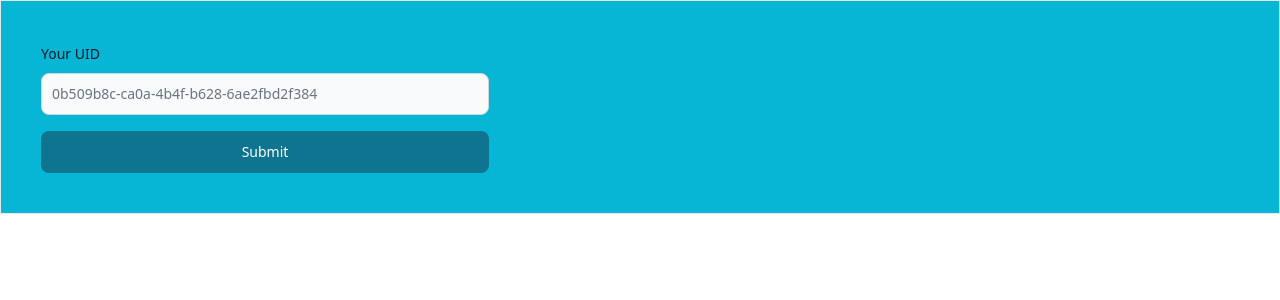
Repository: PrzemyslawJura/Frontend
Page: /
These files come from the project's save history. The page is drawn as it stood at one moment and after the next save; the edit follows.
The browser window is 1280 px wide. The pictures show the whole page.
The project was rebuilt for these pictures with package versions that can differ from the ones it lists, and the page was loaded fresh each time. Also part of the build but not shown: vite.config.ts.

Above is the page before, as saved 2024-07-24 11:41:51.

### index.html
<!doctype html>
<html lang="en">
  <head>
    <meta charset="UTF-8" />
    <link rel="icon" type="image/svg+xml" href="/vite.svg" />
    <meta name="viewport" content="width=device-width, initial-scale=1.0" />
    <title>Warehouse</title>
  </head>
  <body>
    <div id="root"></div>
    <script type="module" src="/src/main.tsx"></script>
  </body>
</html>

### src/main.tsx
import React from 'react'
import ReactDOM from 'react-dom/client'
import './output.css'
import Login from './pages/Login/Login'

ReactDOM.createRoot(document.getElementById('root')!).render(
  <React.StrictMode>
    <Login />
  </React.StrictMode>,
)

### src/pages/Login/Login.tsx
import { LoginForm } from '../../components/form/LoginForm'

function Login() {

  return (
    <>
        <div className="h-14 bg-gradient-to-r from-cyan-500 to-blue-300">
            <div className="p-10 bg-cyan-500 border">
                <LoginForm/>
            </div>
        </div>
    </>
  )
}

export default Login

### src/components/form/LoginForm.tsx
"use client";

import { Button, Label, TextInput } from "flowbite-react";

export function LoginForm() {
  return (
    <form className="flex max-w-md flex-col gap-4">
      <div>
        <div className="mb-2 block">
          <Label htmlFor="uid" value="Your UID" />
        </div>
        <TextInput id="uid" type="text" placeholder="0b509b8c-ca0a-4b4f-b628-6ae2fbd2f384" required />
      </div>
      <Button type="submit">Submit</Button>
    </form>
  );
}

Loaded but not shown: src/output.css (6043 lines, source omitted)

After the next save:
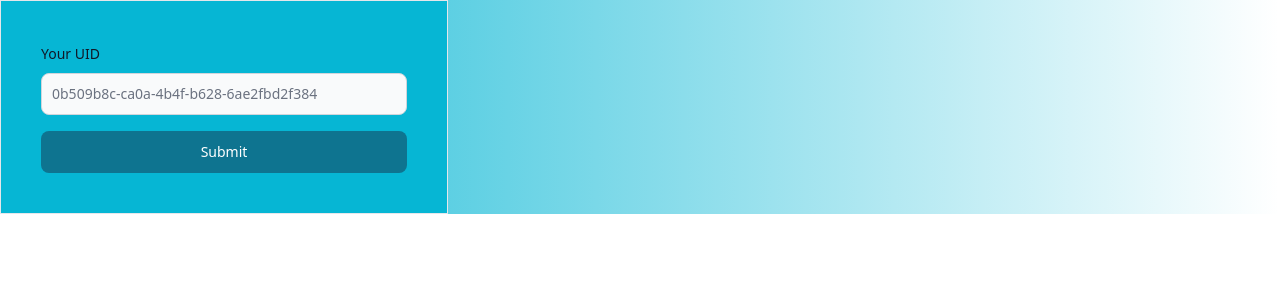
Saved 80 s later.
--- a/src/pages/Login/Login.tsx
+++ b/src/pages/Login/Login.tsx
@@ -5,7 +5,7 @@ function Login() {
   return (
     <>
         <div className="h-14 bg-gradient-to-r from-cyan-500 to-blue-300">
-            <div className="p-10 bg-cyan-500 border">
+            <div className="p-10 bg-cyan-500 max-w-md border">
                 <LoginForm/>
             </div>
         </div>
